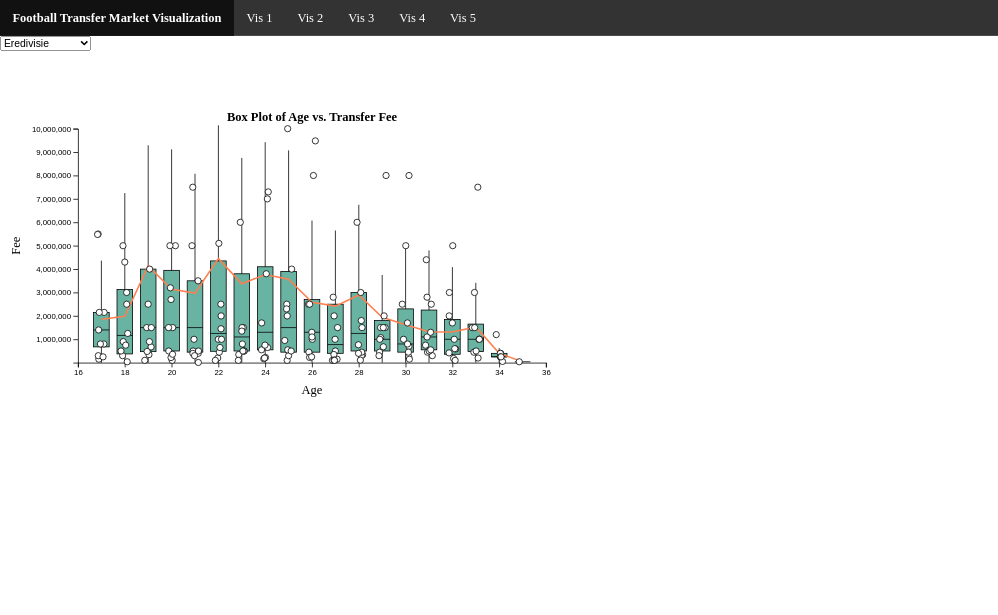
Repository: cedricshan/Football-Transfer-Market-Visualization
Page: dashboard/BoxPlot.html
An editor plug-in stored every save of this project. The page is shown before and after the next save, followed by the edit.
The browser window is 1280 px wide. The pictures show the whole page, at 78% of full size.

Above is the page before, as saved 2023-10-18 21:36:26.

### dashboard/BoxPlot.html
<!DOCTYPE html>
<html lang="en">

<head>
    <meta charset="UTF-8">
    <link rel="stylesheet" href="CSS/main.css">
    <link rel="icon" href="favicon.ico" mce_href="favicon.ico" type="image/x-icon">
    <link rel="shortcut icon" href="favicon.ico" mce_href="favicon.ico" type="image/x-icon">
    <title>Football Transfer Vis</title>
    <script type="text/javascript" src="d3.v7.js"></script>
</head>

<body>
    <ul>
        <li><a href="dashboard.html"><b>Football Transfer Market Visualization</b></a></li>
        <li><a href="network.html">Vis 1</a></li>
        <li><a href="chord.html">Vis 2</a></li>
        <li><a href="Position_interactive.html">Vis 3</a></li>
        <li><a href="LineChart.html">Vis 4</a></li>
        <li><a href="BoxPlot.html">Vis 5</a></li>
    </ul>
    <select id="csv-select">
        <option value="processed_eredivisie.csv">Eredivisie</option>
        <option value="processed_premier-league.csv">Premier League</option>
        <option value="processed_1-bundesliga.csv">Bundesliga</option>
        <option value="processed_liga-nos.csv">Liga Portugal</option>
        <option value="processed_ligue-1.csv">Ligue 1</option>
        <option value="processed_primera-division.csv">LaLiga</option>
        <option value="processed_1-bundesliga.csv">Serie A</option>
    </select>

    <script type="text/javascript" , src="BoxPlot.js"> </script>
</body>

</html>

### dashboard/CSS/main.css
html,
body {
    margin: 0;
    height: 100%;
}
ul {
    list-style-type: none;
    margin: 0;
    padding: 0;
    overflow: hidden;
    background-color: #333;
}

li {
    float: left;
}

li a {
    display: block;
    color: white;
    text-align: center;
    padding: 14px 16px;
    text-decoration: none;
}

li a:hover {
    background-color: #111;
}

#timeline {
    width: 70%;
    margin: auto;
    padding: 20px 0 0 0;
}

.tooltip {
    position: absolute;
    pointer-events: none;
    height: 35px;
    padding: 8px;
    border-radius: 8px;
    background-color: white;
    font-size: .8em;
    text-align: center;
}

#selectContainer {
    position: absolute;
    top: 50;
    left: 0;
    width: 100%;
    background-color: #ffffff;
    /* Background color for the container */
    padding: 10px;
    /* Adjust the padding as needed */
}

### dashboard/BoxPlot.js

var parseDate = d3.timeParse("%B");
const margin = {top: 20, right: 20, bottom: 40, left: 40};
document.getElementById("csv-select").addEventListener("change", function() {
    loadAndVisualizeData(this.value);
});

function loadAndVisualizeData(filename) {

    d3.select("#chartSVG").remove();

    // Append a new SVG to the body
    var svg = d3.select('body')
        .append('svg')
        .attr('id', 'chartSVG')
        .attr('height', '100%')
        .attr('width', '100%');

        d3.csv(filename)
        .then(data => {
            return data.map(d => {
                return {
                    Fee: Number(d.Fee),
                    Age: Number(d.Age)
                };
            });
        })
        .then(processedData => {



            var height = 300;
            var width = 600;
            var maxFee = d3.max(processedData, function (d) { return d.Fee; });
            var minFee = d3.min(processedData, function (d) { return d.Fee; });
            var minAge= d3.min(processedData,function (d) { return d.Age; })
            var maxAge= d3.max(processedData,function (d) { return d.Age; })
            const meanFee = d3.mean(processedData, d => d.Fee);

                // Group data by Age
            const groupedData = d3.group(processedData, d => d.Age);

            // Compute statistics for each group
            const sumstat = Array.from(d3.rollup(
                processedData,
                group => {
                    const fees = group.map(d => +d.Fee).sort(d3.ascending);
                    const q1 = d3.quantile(fees, 0.25);
                    const median = d3.quantile(fees, 0.5);
                    const q3 = d3.quantile(fees, 0.75);
                    const interQuantileRange = q3 - q1;
                    const min = 0;
                    const max = q3 + 1.5 * interQuantileRange;
                    const avg= d3.mean(fees);
                    return { q1, median, q3, interQuantileRange, min, max, avg };

                },
                d => d.Age
            )).map(([key, value]) => ({ key, value }));

            function selectRandomTenPoints(data) {
                const sampledData = [];
                for (const [age, values] of groupedData) {
                    // Filter out values with Fee over 10,000,000
                    const filteredValues = values.filter(d => d.Fee <= 10000000);

                    const shuffled = [...filteredValues].sort(() => 0.5 - Math.random());
                    const selected = shuffled.slice(0, 10);
                    sampledData.push(...selected);
                }
                return sampledData;
            }


            const sampleDataForPlotting = selectRandomTenPoints(processedData);

            const sortedData = sumstat.sort((a, b) => d3.ascending(a.key, b.key));

            console.log(sortedData);

            console.log(maxFee);
            console.log(maxAge);
            console.log(minAge);

            const x = d3.scaleLinear()
                .domain([d3.min(processedData, d => d.Age)-1, d3.max(processedData, d => d.Age)+1])
                .range([0, width]);

            const y = d3.scaleLinear()
                .domain([d3.min(processedData, d => d.Fee), 10000000])
                .range([height, 0]);

            var svg= d3.select('body')
            .append('svg')
            .attr('height','100%')
            .attr('width','100%');

            var chartGroup=svg
            .append('g')
            .attr('transform','translate(100,100)');

            chartGroup.append("g")
            .attr("transform", `translate(0, ${height})`)
            .call(d3.axisBottom(x));

            chartGroup.append("g")
            .call(d3.axisLeft(y))



            chartGroup.append("text")
                .attr("transform", `translate(${width / 2}, ${height + margin.top + 20})`)
                .style("text-anchor", "middle")
                .text("Age");

            chartGroup.append("text")
                .attr("transform", "rotate(-90)")
                .attr("y", 0 - margin.left-50)
                .attr("x", 0 - (height / 2))
                .attr("dy", "1em")
                .style("text-anchor", "middle")
                .text("Fee");

            chartGroup
                .selectAll("vertLines")
                .data(sumstat)
                .enter()
                .append("line")
                .attr("x1", function(d){return(x(d.key))})
                .attr("x2", function(d){return(x(d.key))})
                .attr("y1", function(d){return(y(d.value.min))})
                .attr("y2", function(d){return(y(d.value.max))})
                .attr("stroke", "black")
                .style("width", 40)



            chartGroup
                .selectAll("Lines")
                .data(sumstat)
                .enter()
                .append("line")
                .attr("x1", function(d){return(x(d.key))})
                .attr("x2", function(d){return(x(d.key))})
                .attr("y1", function(d){return(y(d.value.avg))})
                .attr("y2", function(d){return(y(d.value.avg))})
                .attr("stroke", "black")
                .style("width", 40)

            var tooltip = chartGroup.append("g")
            .attr("class", "tooltip")
            .style("display", "none");

            tooltip.append("rect")
                .attr("width", 150)
                .attr("height", 50)
                .attr("fill", "white")
                .style("opacity", 0.8);

            tooltip.append("text")
                .attr("x", 5)
                .attr("dy", "1.2em")
                .style("text-anchor", "start")
                .attr("font-size", "12px")
                .attr("font-family", "sans-serif");

            var boxWidth = 20
            var highlightedBox = chartGroup.select(null);
            chartGroup
                .selectAll("boxes")
                .data(sumstat)
                .enter()
                .append("rect")
                    .attr("x", function(d){return(x(d.key)-boxWidth/2)})
                    .attr("y", function(d){return(y(d.value.q3))})
                    .attr("height", function(d){return(y(d.value.q1)-y(d.value.q3))})
                    .attr("width", boxWidth )
                    .attr("stroke", "black")
                    .style("fill", "#69b3a2")
                    .on("click",function(d) {
                        // Recolor the last clicked rect.
                        highlightedBox.style("fill", "#69b3a2")
                        // Color the new one:
                        highlightedBox = d3.select(this);
                        highlightedBox.style("fill","steelblue");
                    })
                .on("click", function(event, d) {
                    highlightedBox.style("fill", "#69b3a2");

                    highlightedBox = d3.select(this);
                    highlightedBox.style("fill", "steelblue");

                    tooltip
                        .attr("transform", `translate(${x(d.key) + 5}, ${y(d.value.q3) - 50})`)
                        .style("display", null);

                    tooltip.select("text")
                        .text(`Age: ${d.key}`)
                        .append("tspan")
                        .attr("x", 5)
                        .attr("dy", "1.2em")
                        .text(`Median Fee: ${d.value.median}`);
                    })
                .on("mouseout", function() {
                        tooltip.style("display", "none");
                    });

                // Show the median
            chartGroup
            .selectAll("medianLines")
            .data(sumstat)
            .enter()
            .append("line")
                .attr("x1", function(d){return(x(d.key)-boxWidth/2) })
                .attr("x2", function(d){return(x(d.key)+boxWidth/2) })
                .attr("y1", function(d){return(y(d.value.median))})
                .attr("y2", function(d){return(y(d.value.median))})
                .attr("stroke", "black")
                .style("width", 80)

            var avgline=chartGroup.append('g')
                .attr('class','avgline')
                .attr('transform','translate(0,0)');

            var line =d3.line()
                .x(function(d){return x(d.key)})
                .y(function(d){return y(d.value.avg)});

            chartGroup.append('path')
                .attr('d',line(sortedData))
                .attr('stroke','#FF7F50')
                .attr('stroke-width',2)
                .attr('fill','none');

            var jitterWidth = 10
            chartGroup
                .selectAll("indPoints")
                .data(sampleDataForPlotting)
                .enter()
                .append("circle")
                .attr("cx", function(d){return(x(d.Age) - jitterWidth/2 + Math.random()*jitterWidth )})
                .attr("cy", function(d){return(y(d.Fee))})
                .attr("r", 4)
                .style("fill", "white")
                .attr("stroke", "black")


            chartGroup.append("text")
                .attr("transform", `translate(${width / 2}, ${-10})`)
                .style("text-anchor", "middle")
                .style("font-size", "16px")
                .style("font-weight", "bold")
                .text("Box Plot of Age vs. Transfer Fee");


        })
        .catch(error => {
            console.error("Error loading or processing the CSV:", error);
        });
}
loadAndVisualizeData(document.getElementById("csv-select").value);
d3.select("#chartSVG").remove();

Loaded but not shown: dashboard/d3.v7.js (library)

After the next save:
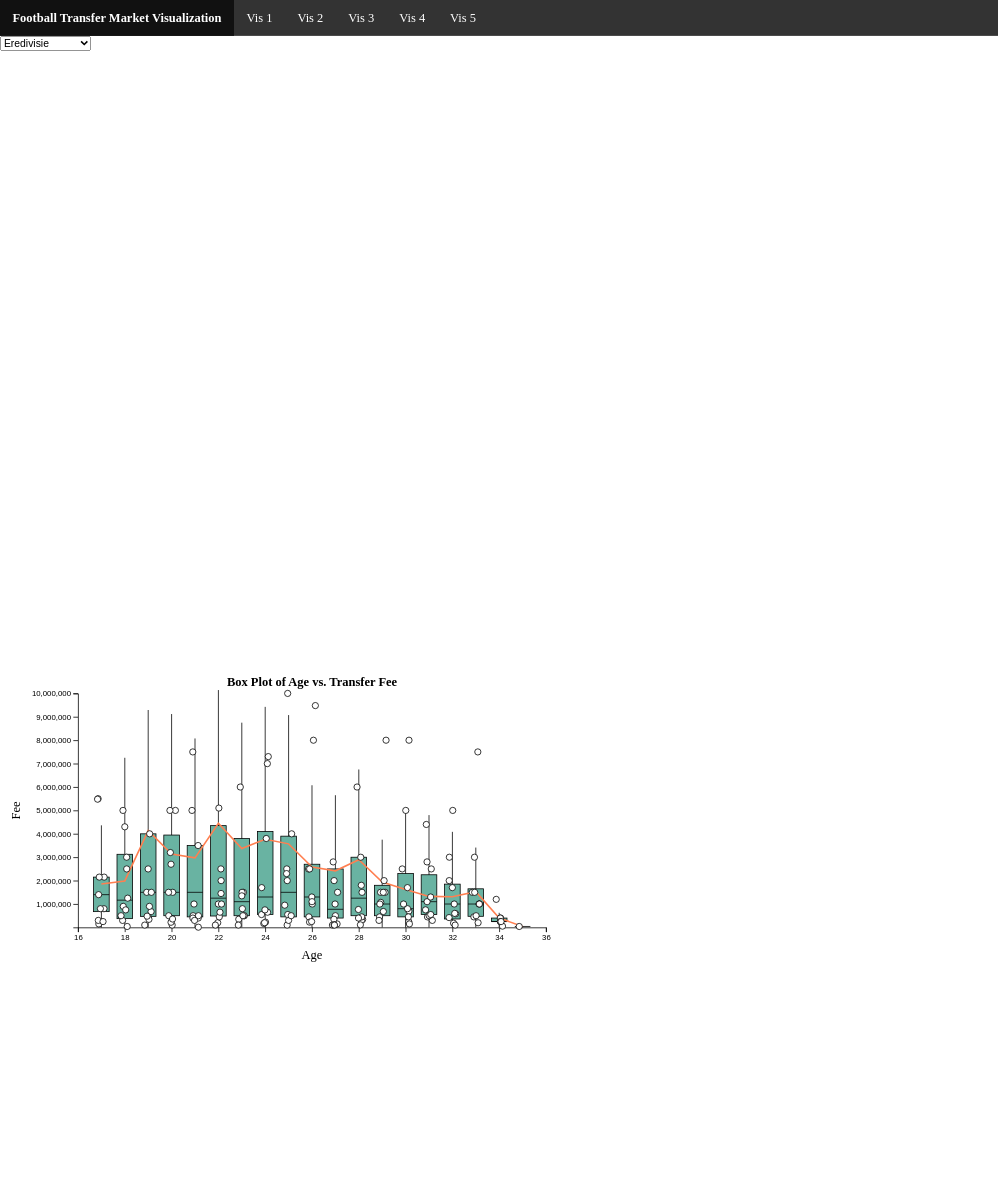
Saved 42 s later.
--- a/dashboard/BoxPlot.js
+++ b/dashboard/BoxPlot.js
@@ -259,4 +259,3 @@ function loadAndVisualizeData(filename) {
         });
 }
 loadAndVisualizeData(document.getElementById("csv-select").value);
-d3.select("#chartSVG").remove();

After the save that followed:
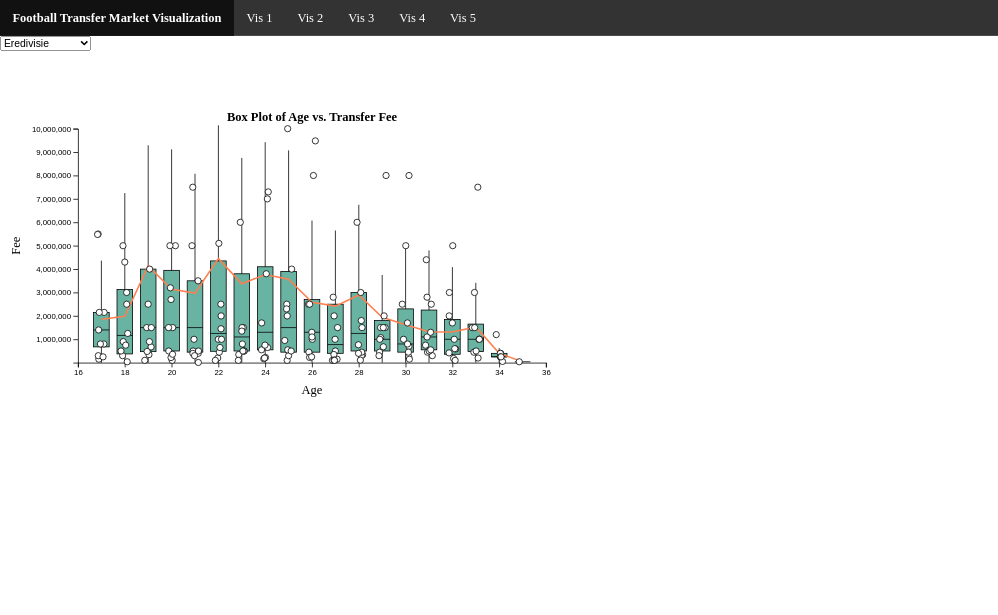
Saved 10 s later.
--- a/dashboard/BoxPlot.js
+++ b/dashboard/BoxPlot.js
@@ -259,3 +259,4 @@ function loadAndVisualizeData(filename) {
         });
 }
 loadAndVisualizeData(document.getElementById("csv-select").value);
+d3.select("#chartSVG").remove();
